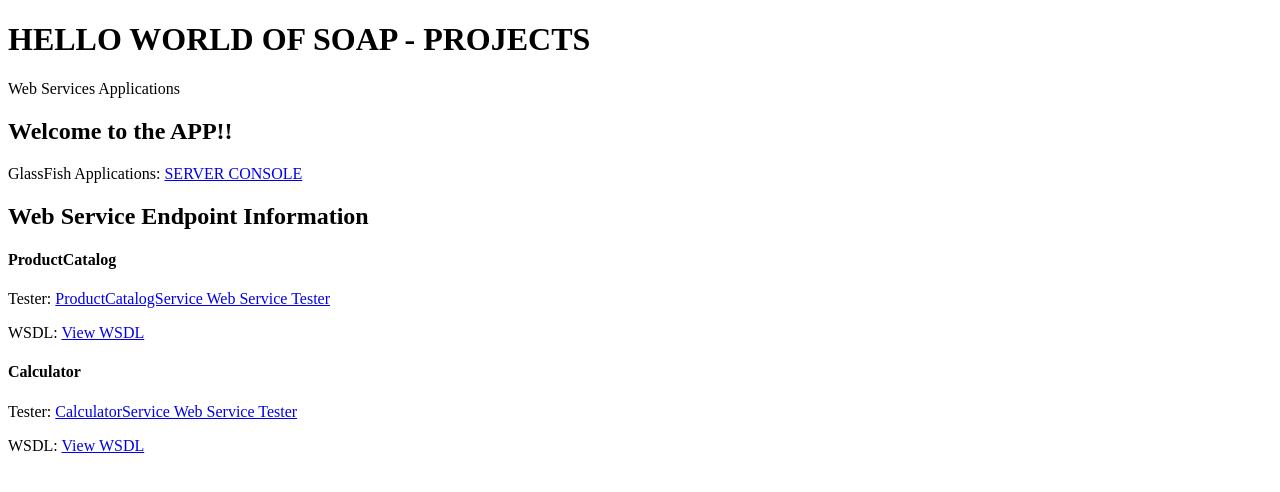
Repository: atafs/BackEnd_JAX-JAX-WS_SOAP
Page: http://localhost/Project_003_SOAP_server_ServiceAndContractFirst/
An editor plug-in stored every save of this project. The page is shown before and after the next save, followed by the edit.
The browser window is 1280 px wide. The pictures show the whole page.
The page is served by Tomcat 9.

Above is the page before, as saved 2016-01-26 11:53:25.

After the next save:
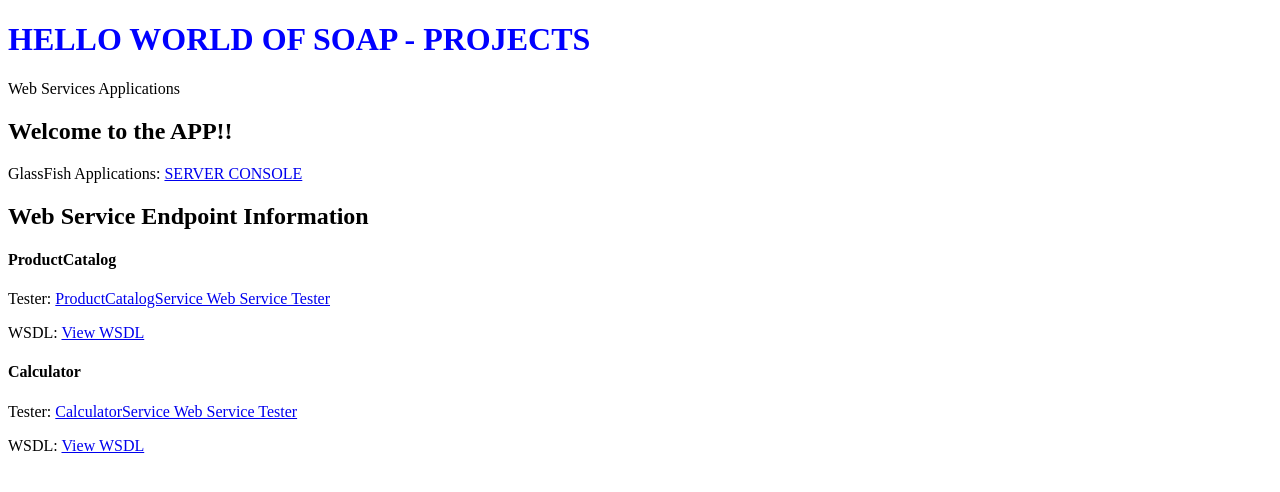
Saved 98 s later.
--- a/Project_003_SOAP_server_ServiceAndContractFirst/WebContent/index.jsp
+++ b/Project_003_SOAP_server_ServiceAndContractFirst/WebContent/index.jsp
@@ -11,7 +11,7 @@
 
 <!-- BODY -->
 <body>
-	<h1>HELLO WORLD OF SOAP - PROJECTS</h1>
+	<h1 style="color:blue;">HELLO WORLD OF SOAP - PROJECTS</h1>
 	<p>Web Services Applications</p>
 
 	<!-- LINKS -->
